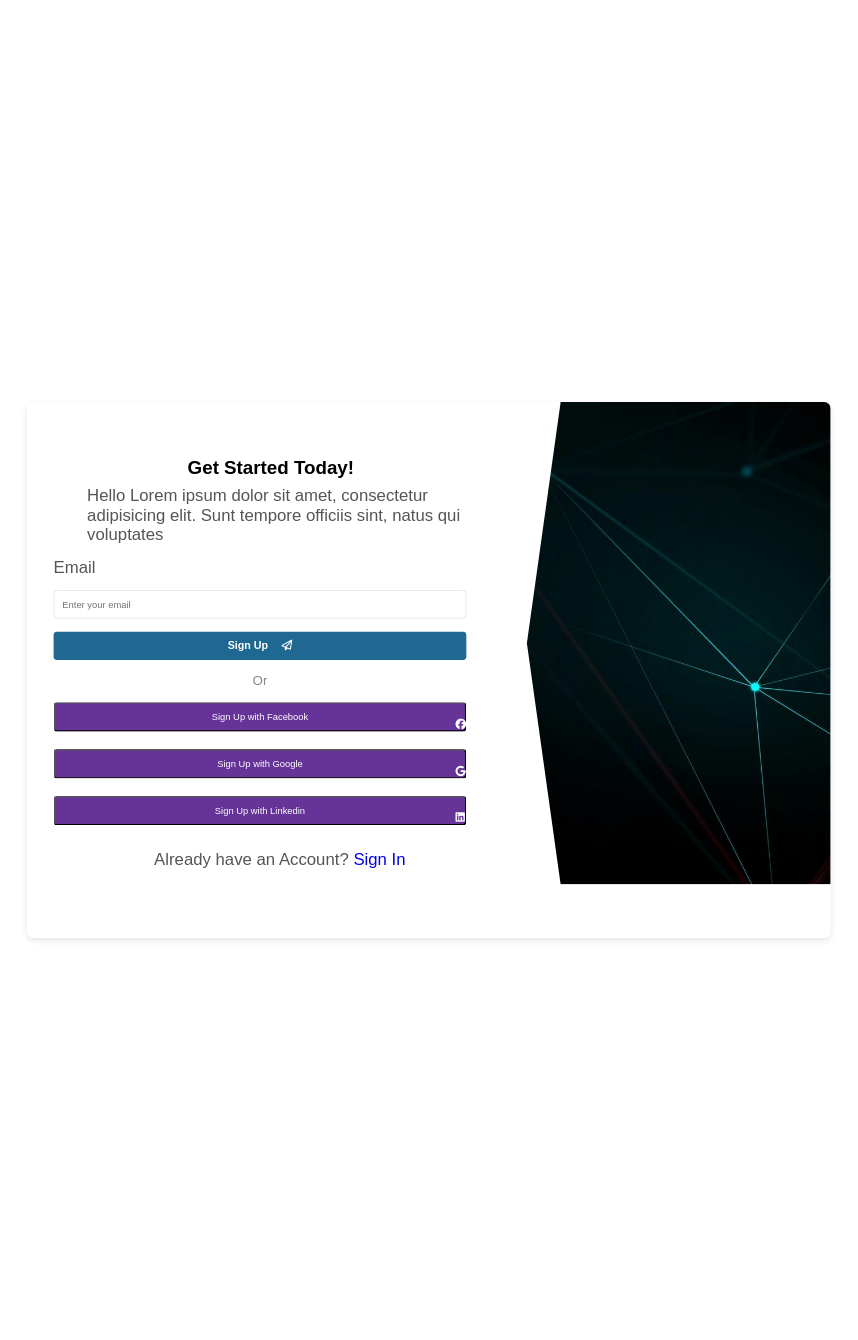
Repository: Femi007-gh/Login-V2
Page: index.html
An editor plug-in stored every save of this project. The page is shown before and after a run of saves, followed by the edit.
The browser window is 1280 px wide. The pictures show the whole page, at 67% of full size.

Above is the page before, as saved 2025-01-27 15:53:22.

### index.html
<html>
    <head>
        <title>Login-interface</title>
  <link rel="stylesheet" href="style.css">
  <link rel="stylesheet" href="https://cdnjs.cloudflare.com/ajax/libs/font-awesome/6.5.0/css/all.min.css">
    </head>
    <body>
        <div class="container">
            <div class="left-session">
                <div class="form-container">
                    <h1>Get Started Today!</h1>
                    <p class="red"> Hello Lorem ipsum dolor sit amet, consectetur adipisicing elit. Sunt tempore officiis sint, natus qui voluptates </p>
                    <form>
                        <div class="input-group">
                            <p>Email</p>
                            <input type="email" id="email" placeholder="Enter your email" required>
                        </div>
                        <button class="primary-btn" type="submit">Sign Up<i class="fa-regular fa-paper-plane"></i></button>
                    </form>
                    <p class="divider">Or</p>
                    <div class="social-buttons">
                        <button class="social-btn facebook-btn">
                            Sign Up with Facebook
                        </button>
                        <i class="fa-brands fa-facebook"></i>
                        <button class="social-btn google-btn">
                            Sign Up with Google
                        </button>
                        <i class="fa-brands fa-google"></i>
                        <button class="social-btn Linkedin-btn">
                            Sign Up with Linkedin
                        </button>
                        <i class="fa-brands fa-linkedin"></i>
                    </div>
                    <p class="signin-text">Already have an Account? <a href="#">Sign In</a></p>
                </div>
            </div>
            <div class="right-section"></div>
        </div>
    </body>
</html>

### style.css
* {
   padding: 0;
   margin: 0;
   box-sizing: border-box;
}

body {
    font-family: sans-serif;
    background-color: #fff;
    display: flex;
    justify-content: center;
    align-items: center;
    height: 2000px;
}

.container {
  display: flex;
  max-width: 1200px;
  width: 100%;
  background-color: #fff;
  border-radius: 10px;
  overflow: hidden;
  box-shadow: 0 4px 10px rgba(0, 0, 0, 0.1);
  height: 800px;
}

.left-session {
  flex: 1;
  padding: 40px;
  display: flex;
  justify-content: center;
  align-items: center;
}

h1 {
  font-size: 28px;
  font-weight: bold;
  margin-bottom: 10px;
}

p {
  font-size: 14px;
  color: #555;
  margin-bottom: 20px;
}

.input-group {
  margin-bottom: 20px;
}

.input-group input {
  width: 100%;
  padding: 12px;
  font-size: 14px;
  border: 1px solid #dddd;
  border-radius: 5px;
}

.primary-btn {
  width: 100%;
  padding: 12px;
  background-color: #1F6891;
  color: white;
  border: none;
  border-radius: 5px;
  font-size: 16px;
  font-weight: bold;
  cursor: pointer;
}

.primary-btn:hover {
  background-color: #005a8c;
}

.divider {
  font-size: 20px;
  color: #888;
  margin: 20px 0;
  text-align: center;
}

.social-buttons {
  display: flex;
  flex-direction: column;
  gap: 10px;
}

.social-btn {
  width: 100%;
  padding: 12px;
  font-size: 14px;
  border-radius: 5px;
  color: white;
  display: flex;
  align-items: center;
  justify-content: center;
  background-color: rebeccapurple;
}

.signin-text {
  font-size: 15px;
  margin-top: 20px;
}

.signin-text a {
  text-decoration: none;
}

.right-section {
  flex: 1;
  background: url(ART.jpg) no-repeat center center/cover;
  clip-path: polygon(20% 0%, 100% 0%, 100% 100%, 20% 100%, 10% 50%);
  height: 100vh; /* Adjust height as needed */
}

.fa-brands {
  margin-left: 600px;
  margin-top: -30px;
  margin-bottom: 20px;
  color: white;
}

.fa-regular {
  margin-left: 20px;
}

p {
  font-size: 25px;
}

h1 {
  margin-left: 200px;
}

.signin-text {
  font-size: 25px;
  margin-left: 150px;
}

.red {
  margin-left: 50px;
  m
}

After the next 4 saves:
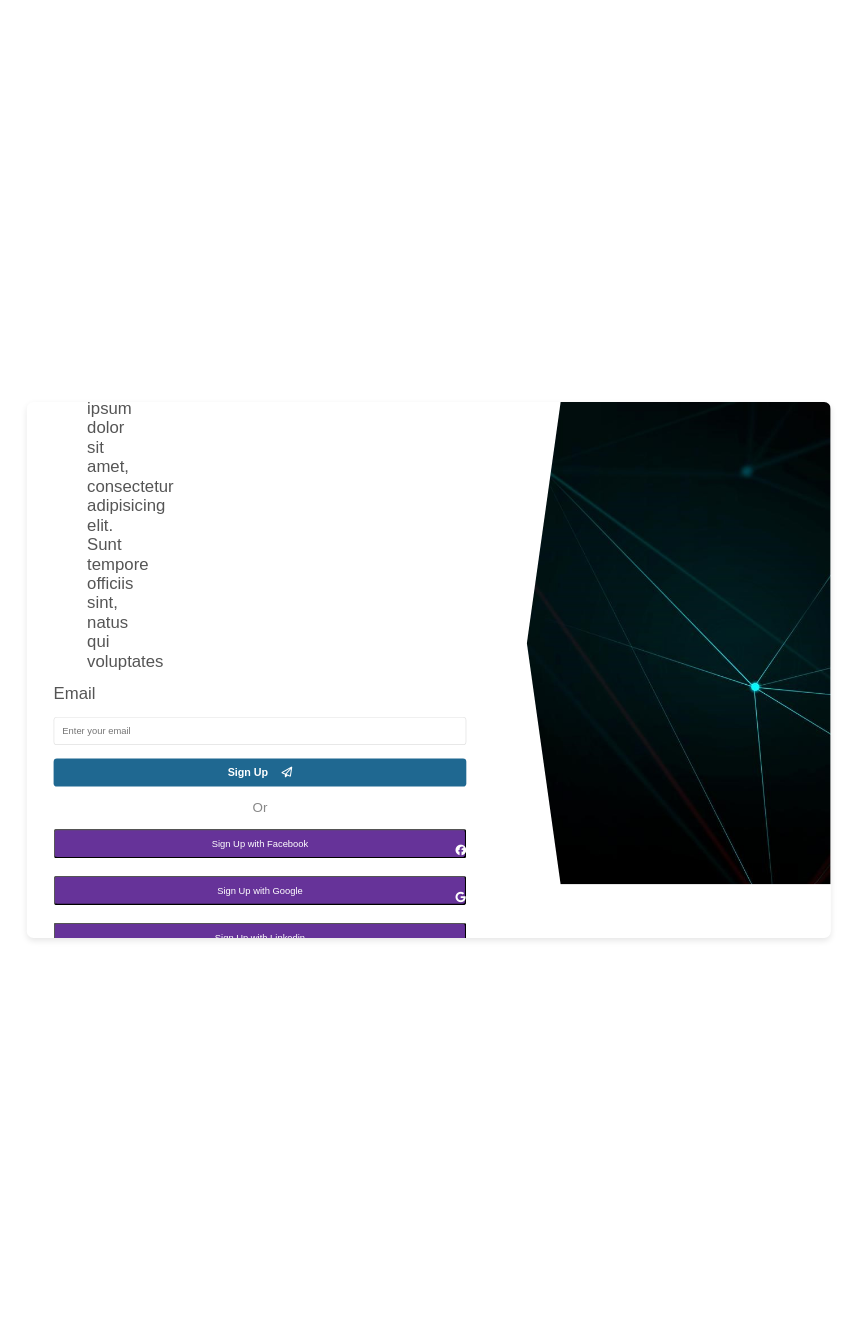
The 4 saves are shown as one change because they came seconds apart.
The last was saved 25 s later.
--- a/style.css
+++ b/style.css
@@ -139,5 +139,5 @@ h1 {
 
 .red {
   margin-left: 50px;
-  m
+  width: 40px;
 }
